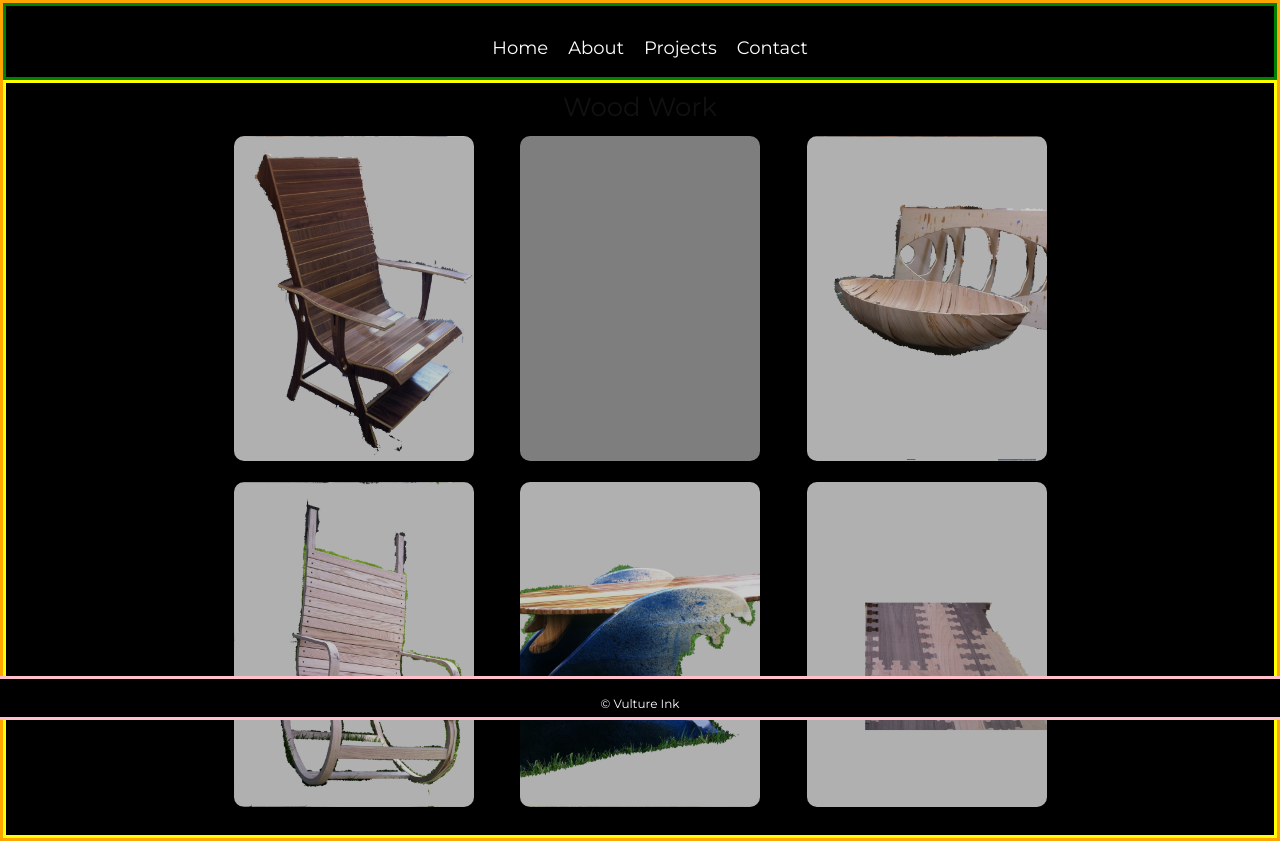
Repository: kaitlynMidori/anon_ink
Page: pages/Projects.html
These files come from the project's save history. The page is drawn as it stood at one moment and after the next save; the edit follows.
The browser window is 1280 px wide. The pictures show the whole page.
Pictures or frames that could not be fetched are drawn as grey boxes. Some web libraries are served in a nearby version.

Above is the page before, as saved 2021-09-07 17:54:07.

After the next save:
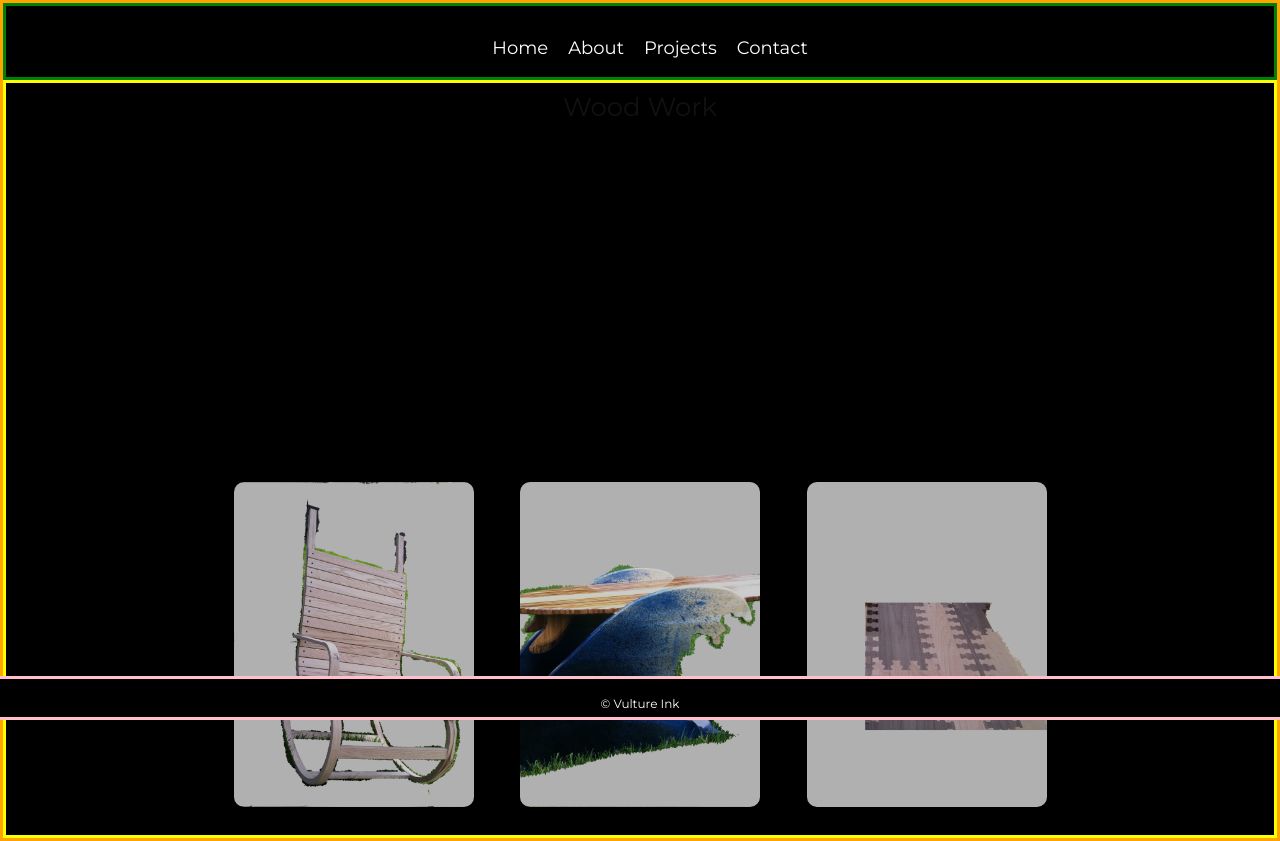
Saved 23 h 59 min later.
--- a/pages/Projects.html
+++ b/pages/Projects.html
@@ -34,21 +34,21 @@
           <div class="card">
             <div class="card-inner">
             <div class="card-one-front">
-            <a href="https://search-brews.vercel.app/" class="card-font" id="card1"><h1>Walnut Vaneer Chair</h1><p>Click for deets</p></a>
+            <!-- <a href="https://search-brews.vercel.app/" class="card-font" id="card1"><h1>Walnut Vaneer Chair</h1><p>Click for deets</p></a> -->
           </div>
         </div>
       </div>
       <div class="card">
         <div class="card-inner">
           <div class="card-two-front">
-            <a href="https://github.com/kaitlynMidori/nyt-server" id="card2"><h1>Marilyn Frame</h1><p>Click here</p></a>
+            <!-- <a href="https://github.com/kaitlynMidori/nyt-server" id="card2"><h1>Marilyn Frame</h1><p>Click here</p></a> -->
           </div>
         </div>
       </div>
       <div class="card">
         <div class="card-inner">
           <div class="card-three-front">
-            <a href="https://makeup-api.vercel.app/" id="card3"><h1>Canoe</h1><p>Click me</p></a>
+            <!-- <a href="https://makeup-api.vercel.app/" id="card3"><h1>Canoe</h1><p>Click me</p></a> -->
           </div>
         </div>
       </div>

After the save that followed:
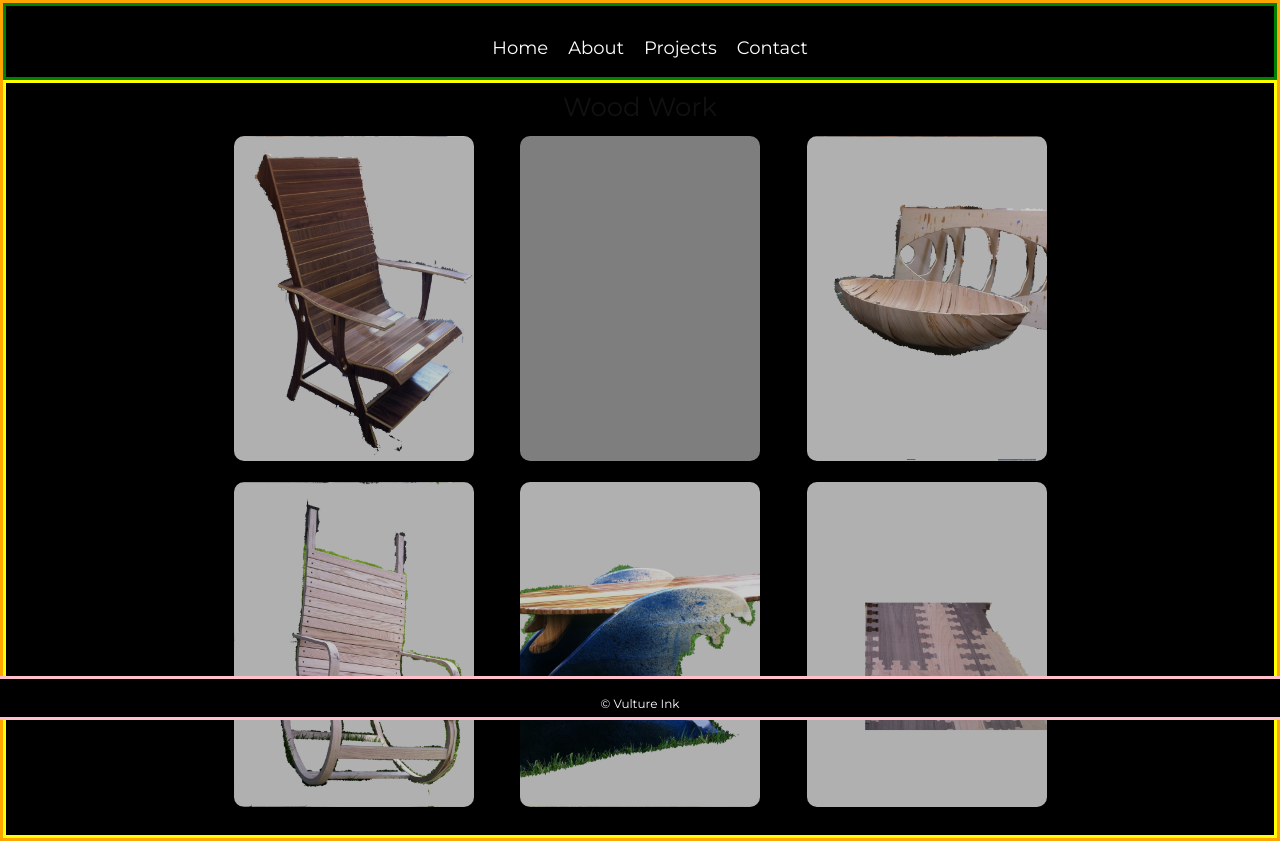
Saved 12 s later.
--- a/pages/Projects.html
+++ b/pages/Projects.html
@@ -34,21 +34,21 @@
           <div class="card">
             <div class="card-inner">
             <div class="card-one-front">
-            <!-- <a href="https://search-brews.vercel.app/" class="card-font" id="card1"><h1>Walnut Vaneer Chair</h1><p>Click for deets</p></a> -->
+            <a href="https://search-brews.vercel.app/" class="card-font" id="card1"><h1>Walnut Vaneer Chair</h1><p>Click for deets</p></a>
           </div>
         </div>
       </div>
       <div class="card">
         <div class="card-inner">
           <div class="card-two-front">
-            <!-- <a href="https://github.com/kaitlynMidori/nyt-server" id="card2"><h1>Marilyn Frame</h1><p>Click here</p></a> -->
+            <a href="https://github.com/kaitlynMidori/nyt-server" id="card2"><h1>Marilyn Frame</h1><p>Click here</p></a>
           </div>
         </div>
       </div>
       <div class="card">
         <div class="card-inner">
           <div class="card-three-front">
-            <!-- <a href="https://makeup-api.vercel.app/" id="card3"><h1>Canoe</h1><p>Click me</p></a> -->
+            <a href="https://makeup-api.vercel.app/" id="card3"><h1>Canoe</h1><p>Click me</p></a>
           </div>
         </div>
       </div>
